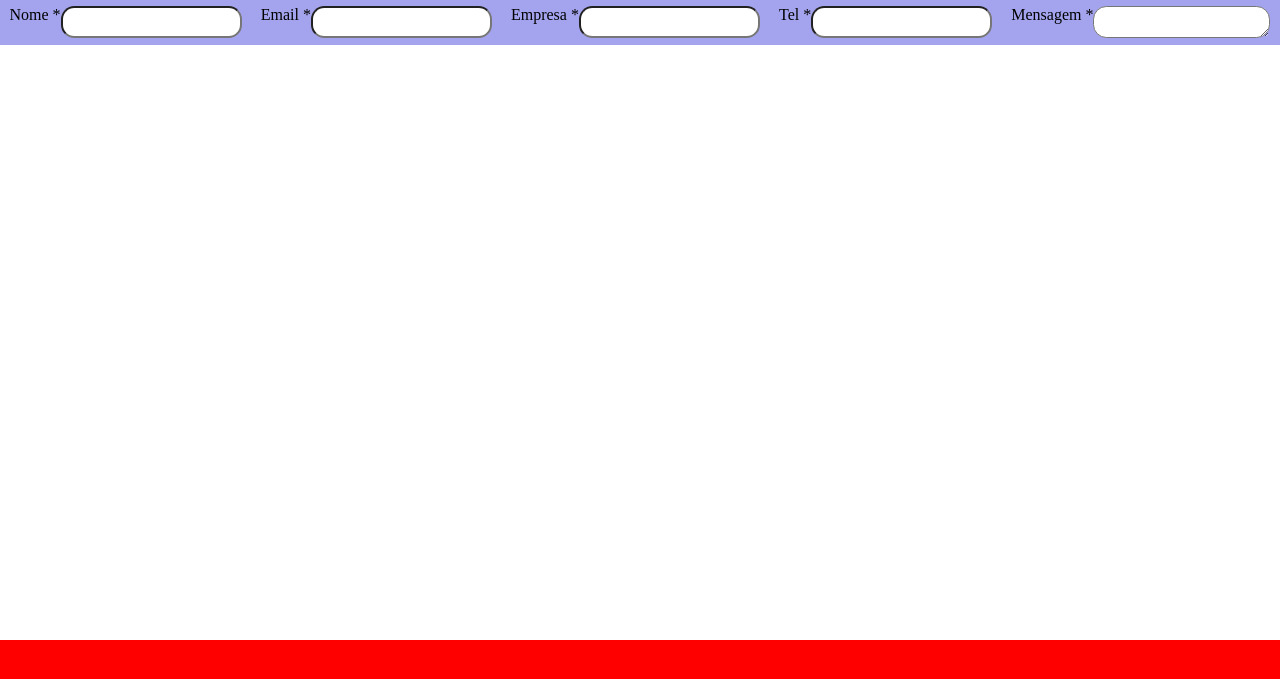
Repository: ecrseer/contatenos-html-js
Page: contatenos.html
An editor plug-in stored every save of this project. The page is shown before and after a run of saves, followed by the edit.
The browser window is 1280 px wide. The pictures show the whole page.

Above is the page before, as saved 2021-12-27 15:01:04.

### contatenos.html
<!DOCTYPE html>
<html lang="en">

<head>
    <meta charset="UTF-8">
    <meta http-equiv="X-UA-Compatible" content="IE=edge">
    <meta name="viewport" content="width=device-width, initial-scale=1.0">
    <title>Contate-nos</title>
    <link rel="stylesheet" href="reset.css">
    <link rel="stylesheet" href="contatenos.css">
</head>

<body>

    <main class="main">
        <form action="enviar" method="post">
            <div class="inputdiv">
                <label for="Nome">Nome *</label>
                <input type="text">
            </div>
            <div class="inputdiv">
                <label for="Email">Email *</label>
                <input type="email">
            </div>
            <div class="inputdiv">
                <label for="Empresa">Empresa *</label>
                <input type="text">
            </div>
            <div class="inputdiv">
                <label for="Tel">Tel *</label>
                <input type="text">
            </div>
            <div class="inputdiv">
                <label for="Tel">Mensagem *</label>
                <textarea></textarea>
            </div>

        </form>
    </main>
    <section class="bottomnav">

    </section>

    <script src="contatenos.js"></script>
</body>

</html>

### contatenos.css
body{
    width: 100%;
    display: flex;
}
.main{
    background: rgb(164, 164, 238);
    width: 100%;
    height: 100%;
}
.inputdiv{
    display: flex;
    margin: 0.4em;
}
.inputdiv > input,textarea {
    border-radius: 1em;
}


.bottomnav{
    background: red;
    position: fixed;
    bottom: 0;
    width: 100%;
    height: 5em;
}
form{
    display: flex;
    flex-wrap: wrap;
    justify-content: space-around;
}

### contatenos.js
//alert('hi')

Loaded but not shown: reset.css (common file)

After the next 2 saves:
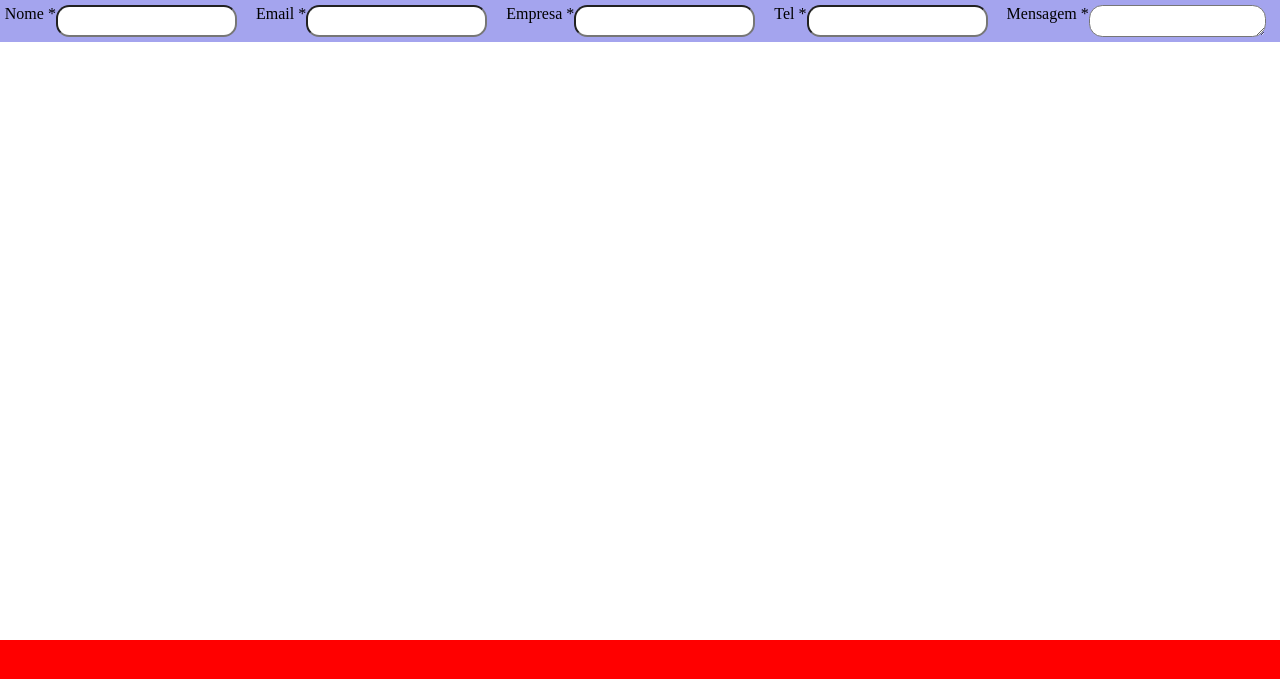
The 2 saves are shown as one change because they came seconds apart.
The last was saved 2 min 39 s later.
--- a/contatenos.css
+++ b/contatenos.css
@@ -9,7 +9,9 @@
 }
 .inputdiv{
     display: flex;
-    margin: 0.4em;
+    flex-wrap: wrap;
+    flex: 1 1 auto;
+    margin: 0.3em;
 }
 .inputdiv > input,textarea {
     border-radius: 1em;
